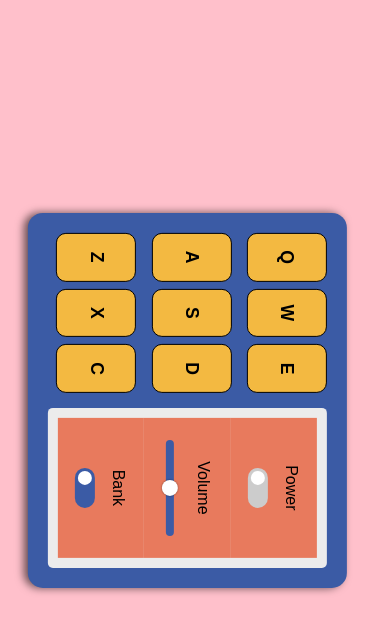
Repository: alfredoleano/drum-machine
Page: /
An editor plug-in stored every save of this project. The page is shown before and after a run of saves, followed by the edit.
The browser window is 375 px wide. The pictures show the whole page.
The project was rebuilt for these pictures with package versions that can differ from the ones it lists, and the page was loaded fresh each time.

Above is the page before, as saved 2024-06-11 20:49:45.

After the next 2 saves:
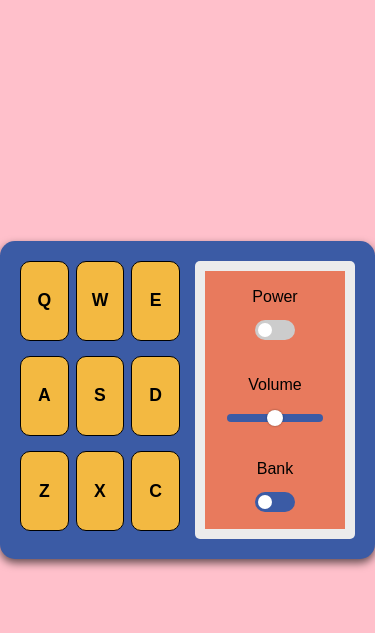
The 2 saves are shown as one change because they came seconds apart.
The last was saved 22 h 52 min later.
--- a/src/styles.scss
+++ b/src/styles.scss
@@ -252,10 +252,12 @@
 
   #display {
     // transform: rotate(90deg);
-    rotate: 90deg;
+    // rotate: 90deg;
     // max-width: 100vh;
     width: 100vh;
     height: 85vw;
+
+
   }
 
   // .buttons-grid button {

After the save that followed:
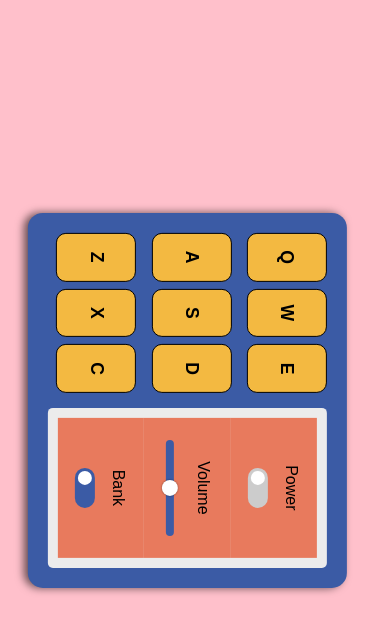
Saved 9 s later.
--- a/src/styles.scss
+++ b/src/styles.scss
@@ -256,7 +256,7 @@
     // max-width: 100vh;
     width: 100vh;
     height: 85vw;
-
+    transform: rotate(90deg);
 
   }
 
